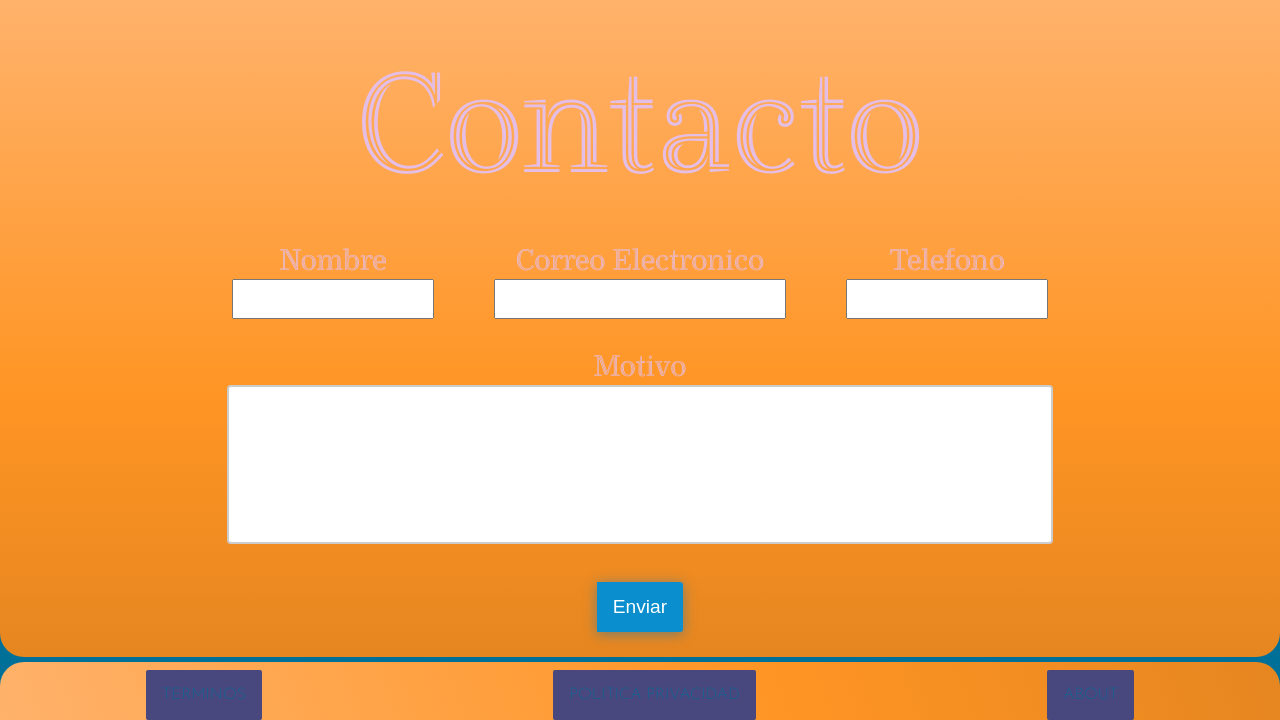
Repository: Jogalso/webPsicologa
Page: /
These files come from the project's save history. The page is drawn as it stood at one moment and after the next save; the edit follows.
The browser window is 1280 px wide. The pictures show the part of the page from y = 4556 to 5276 px (the page is 5276 px tall).
Backgrounds fixed to the window are drawn as part of the page. The project was rebuilt for these pictures with package versions that can differ from the ones it lists, and the page was loaded fresh each time. Some packages were replaced by stand-ins written for this rebuild. The framework's server and built-in components were replaced by stand-ins that run in the browser.

Above is the page before, as saved 2021-07-14 13:10:11.

After the next save:
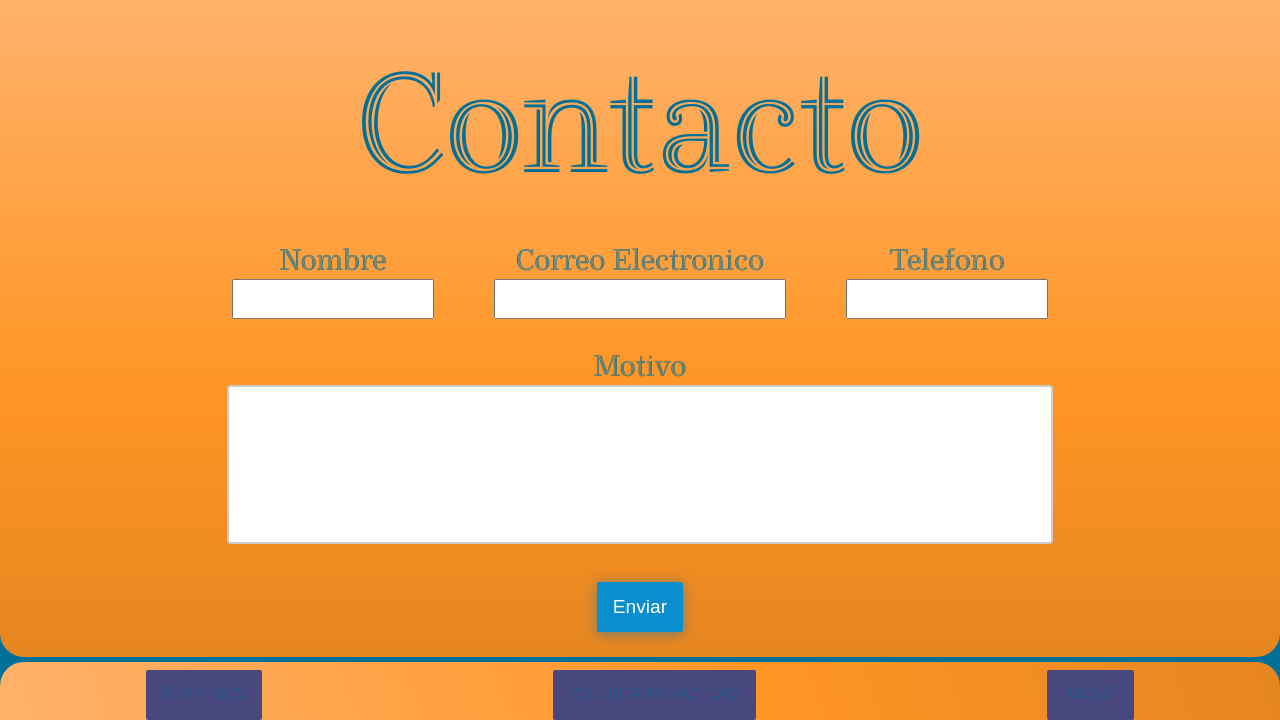
Saved 9 s later.
--- a/components/FormularioContacto.jsx
+++ b/components/FormularioContacto.jsx
@@ -159,7 +159,7 @@ const FormularioContacto = () => {
                             border-bottom-left-radius: 1.5em;
                             display: flex;
                             background: linear-gradient(180deg, #FFB26B 0, #FF9524 60%, #E68620);
-                            color: #E5BEE6;
+                            color: #007099;
                        }
                        .formulario{
                            display: flex;
